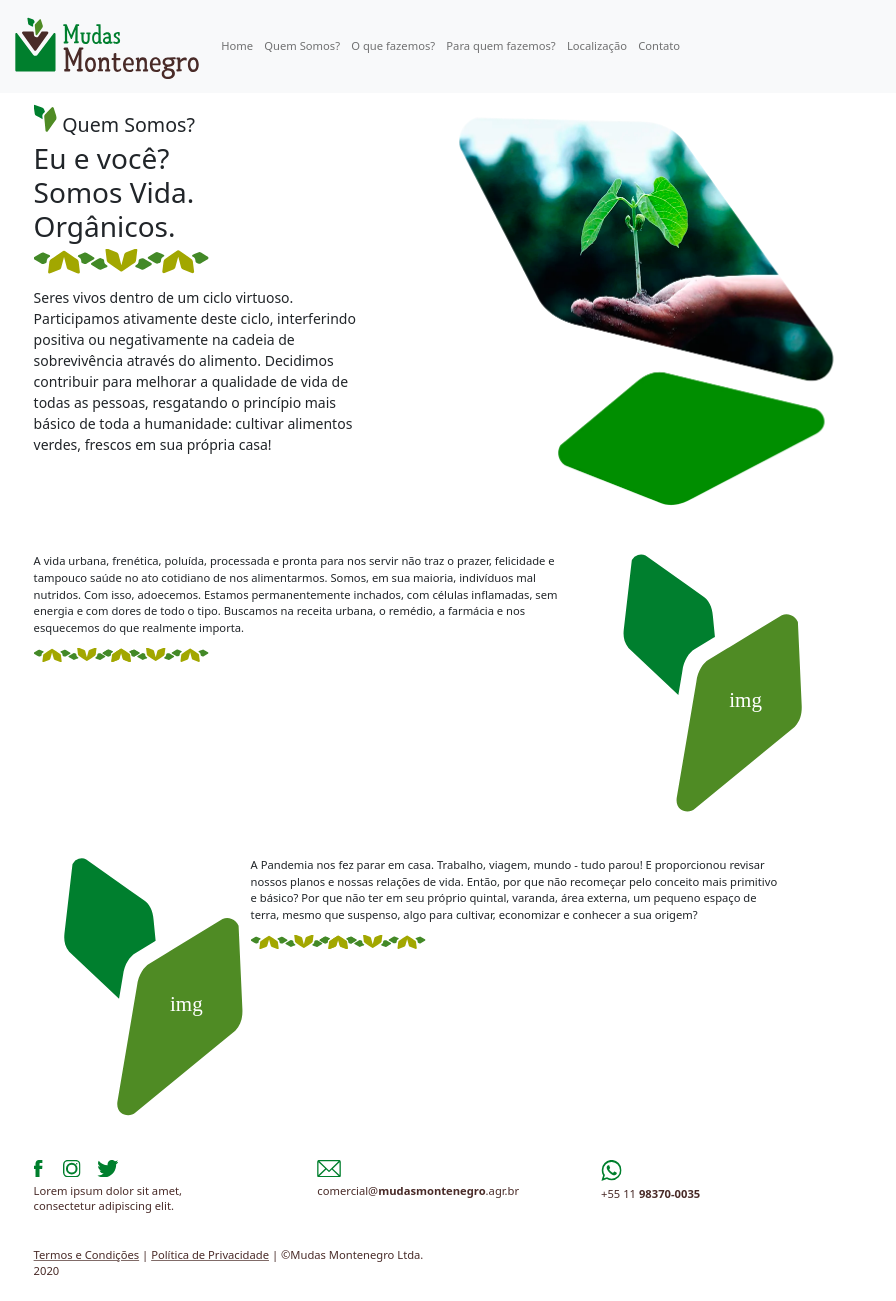
Repository: MaKnok/mudas-montenegro
Page: quem-somos.html
The author's editor kept a copy of each file at every save. The page is drawn from the files as they stood at one save, then again after the next save.
The browser window is 1280 px wide. The pictures show the whole page, at 70% of full size.
Some web libraries are served in a nearby version.

Above is the page before, as saved 2021-06-17 11:57:45.

### quem-somos.html
<!DOCTYPE html>
<html lang="pt-br">

<head>
    <meta charset="utf-8">
    <meta name="viewport" content="width=device-width, initial-scale=1">
    <link rel="icon" type="image/png" href="img/icons/favicon.png"/>
    <title>Mudas Montenegro</title>
    <link href="https://cdn.jsdelivr.net/npm/bootstrap@5.0.1/dist/css/bootstrap.min.css" rel="stylesheet" integrity="sha384-+0n0xVW2eSR5OomGNYDnhzAbDsOXxcvSN1TPprVMTNDbiYZCxYbOOl7+AMvyTG2x" crossorigin="anonymous">
    <script src="https://use.fontawesome.com/releases/v5.0.8/js/all.js"></script>
    <link href="style.css" rel="stylesheet">
</head>

<body>

<!-- Navigation -->
<nav class="navbar navbar-expand-md navbar-light bg-light sticky-top">

  <div class="container-fluid">

    <a class="navbar-brand logo" href="index.html"><img src="img/logo_mudas_mont.svg" alt="Mudas Montenegro"></a>

    <button class="navbar-toggler" type="button" data-toggle="collapse" data-target="#navbarResponsive">
        <span class="navbar-toggler-icon"></span>
    </button>

    <div class="collapse navbar-collapse" id="navbarResponsive">
       <ul class="navbar-nav ml-auto">
            <li class="nav-item active">
              <a class="nav-link" href="index.html">Home</a>
          </li>
            <li class="nav-item">
              <a class="nav-link" href="quem-somos.html">Quem Somos?</a>
            </li>
            <li class="nav-item">
              <a class="nav-link" href="o-que-fazemos.html">O que fazemos?</a>
            </li>
            <li class="nav-item">
              <a class="nav-link" href="para-quem-fazemos.html">Para quem fazemos?</a>
            </li>
            <li class="nav-item">
              <a class="nav-link" href="localizacao.html">Localização</a>
            </li>
            <li class="nav-item">
              <a class="nav-link" href="contato.html">Contato</a>
            </li>
        </ul>
    </div>

  </div>

</nav>

<!--- Intro -->

<div class="wrapper">

  <div class="container-fluid">

    <div class="row jumbotron section-top">

      <div class="col-xs-12 col-sm-12 col-md-4 col-lg-4 col-xl-5 content-top">

        <h3 class="page-title">Quem Somos?</h3>

        <h1 class="page-slogan">
          Eu e você?<br/>
          Somos Vida.<br/>
          Orgânicos.
        </h1>

        <img src="img/leaves_sections.svg" class="leaves-home">

        <p class="lead">
          Seres vivos dentro de um ciclo virtuoso. Participamos ativamente deste ciclo, interferindo positiva ou negativamente na cadeia de sobrevivência através do alimento. Decidimos contribuir para melhorar a qualidade de vida de todas
          as pessoas, resgatando o princípio mais básico de toda a humanidade: cultivar alimentos verdes, frescos em sua própria casa!
        </p>

      </div>

      <div class="col-xs-12 col-sm-12 col-md-8 col-lg-8 col-xl-7 image-top">

                <source srcset="img/leaves_desktop_img.webp 2x,img/leaves_desktop_img.webp"
                media="(min-width: 992px)"/>

                <img src="img/leaves_desktop_img.webp" class="img-fluid" alt="Muda">

      </div>

    </div>

  </div>


  <div class="container-fluid padding">

  <div class="row content">

    <div class="col-xs-12 col-sm-12 col-md-7 col-lg-7 col-xl-8">
      <p>
      A vida urbana, frenética, poluída, processada e pronta para nos servir não traz o prazer, felicidade e tampouco saúde no ato cotidiano de nos alimentarmos. Somos, em sua maioria, indivíduos mal nutridos.  Com isso, adoecemos. Estamos permanentemente inchados, com células inflamadas, sem energia e com dores de todo o tipo.
      Buscamos na receita urbana, o remédio, a farmácia e nos esquecemos do que realmente importa.
      </p>
      <img src="img/leaves_section_longer.svg" class="leaves-home">
    </div>

    <div class="col-xs-12 col-sm-12 col-md-4 col-lg-4 col-xl-3">
      <img src="img/img_temp.svg" class="float-left" alt="Vida urbana">
    </div>

  </div>




  <div class="container-fluid padding">

  <div class="row content pandemia">

    <div class="col-xs-12 col-sm-12 col-md-4 col-lg-4 col-xl-3 content-1">
        <img src="img/img_temp.svg" class="float-right" alt="Relações de Vida">
    </div>

    <div class="col-xs-12 col-sm-12 col-md-7 col-lg-7 col-xl-8 content-2">
        <p>
        A Pandemia nos fez parar em casa. Trabalho, viagem, mundo - tudo parou!
        E proporcionou revisar nossos planos e nossas relações de vida. Então, por que não recomeçar pelo conceito mais primitivo e básico? Por que não ter em seu próprio quintal, varanda, área externa, um pequeno espaço de terra, mesmo que suspenso, algo para cultivar, economizar e conhecer a sua origem?
        </p>
        <img src="img/leaves_section_longer.svg" class="leaves-home">
    </div>

  </div>

  </div>

</div>




<!--- Footer -->
<footer>

  <div class="container-fluid padding">

    <div class="row text-left">

      <div class="col-md-4">

        <ul class="social-icons">
            <li class="social-icon social-icon_first"><a href="#"><img src="img/icons/facebook.svg"></a></li>
            <li class="social-icon social-icon_second"><a href="#"><img src="img/icons/instagram.svg"></a></li>
            <li class="social-icon social-icon_third"><a href="#"><img src="img/icons/twitter.svg"></a></li>
        </ul>
        <p>Lorem ipsum dolor sit amet, <br/>consectetur adipiscing elit.</p>

      </div>

      <div class="col-md-4">

        <img src="img/icons/mail.svg" class="contact-icon">
        <p>comercial@<span class="phrase-bold">mudasmontenegro</span>.agr.br</p>

      </div>

      <div class="col-md-4">

        <img src="img/icons/whatsapp.svg" class="contact-icon contact-icon-zap">
        <p>+55 11 <span class="phrase-bold">98370-0035</span></p>

      </div>

    </div>

    <div class="row text-left">
        <div class="col-md-6">
          <p class="terms-conditions"><a href="#">Termos e Condições</a> | <a href="#">Política de Privacidade</a> | ©Mudas Montenegro Ltda. 2020 </p>
        </div>
    </div>

  </div>

</footer>

</div>

<script src="https://cdn.jsdelivr.net/npm/bootstrap@5.0.1/dist/js/bootstrap.bundle.min.js" integrity="sha384-gtEjrD/SeCtmISkJkNUaaKMoLD0//ElJ19smozuHV6z3Iehds+3Ulb9Bn9Plx0x4" crossorigin="anonymous"></script>

</body>
</html>

### style.css
@import url("https://fonts.googleapis.com/css2?family=Fira+Sans:ital,wght@0,200;0,300;0,400;0,500;0,600;0,700;1,200;1,300;1,400;1,500;1,600;1,700&display=swap");

/*---Media Queries --*/

html {
  -webkit-box-sizing: border-box;
  -moz-box-sizing: border-box;
  box-sizing: border-box;
}

*,
*:before,
*:after {
  -webkit-box-sizing: border-box;
  -moz-box-sizing: border-box;
  box-sizing: inherit;
}

@media (min-width: 992px) {
  .leaves-home {
    width: 250px;
    margin-bottom: 20px;
  }

  .logo {
    width: 280px;
  }

  .phrase-home {
    font-size: 35px;
    line-height: 45px;
  }

  .carousel-caption {
    width: 550px;
    z-index: 10;
    color: #fff;
    text-align: left;
    top: 40%;
    left: 10%;
    bottom: auto;
    -webkit-transform: translate(0, -50%);
    -ms-transform: translate(0, -50%);
    transform: translate(0, -50%);
  }
}

@media (max-width: 991.98px) {
  .leaves-home {
    width: 190px;
    margin-bottom: 15px;
  }

  .logo {
    width: 220px;
  }

  .phrase-home {
    font-size: 30px;
    line-height: 40px;
  }

  .carousel-caption {
    width: 400px;
    z-index: 10;
    color: #fff;
    text-align: left;
    top: 35%;
    left: 10%;
    bottom: auto;
    -webkit-transform: translate(0, -50%);
    -ms-transform: translate(0, -50%);
    transform: translate(0, -50%);
  }
}

@media (max-width: 767.98px) {
  .carousel-caption {
    width: 400px;
    z-index: 10;
    color: #fff;
    text-align: left;
    top: 35%;
    left: 10%;
    bottom: auto;
    -webkit-transform: translate(0, -50%);
    -ms-transform: translate(0, -50%);
    transform: translate(0, -50%);
  }

  .leaves-home {
    width: 190px;
    margin-bottom: 20px;
  }

  .logo {
    width: 220px;
  }

  .pandemia {
    display: flex;
  }

  .pandemia > .content-2 {
    order: -1;
  }

  .phrase-home {
    font-size: 25px;
    line-height: 35px;
  }

  .section-top {
    display: flex;
  }

  .section-top > .image-top {
    order: -1;
  }
}

@media (max-width: 575.98px) {
  .carousel-caption {
    width: 200px;
    z-index: 10;
    color: #fff;
    text-align: left;
    top: 50%;
    left: 8%;
    bottom: auto;
    -webkit-transform: translate(0, -50%);
    -ms-transform: translate(0, -50%);
    transform: translate(0, -50%);
  }

  .leaves-home {
    width: 130px;
    margin-bottom: 10px;
  }

  .logo {
    width: 180px;
  }

  .phrase-home {
    font-size: 16px;
    line-height: 24px;
  }
}

/*---Firefox Bug Fix --*/
.carousel-item {
  transition: -webkit-transform 0.5s ease;
  transition: transform 0.5s ease;
  transition: transform 0.5s ease, -webkit-transform 0.5s ease;
  -webkit-backface-visibility: visible;
  backface-visibility: visible;
  background-color: #000;
}

/*--- Fixed Background Image --*/
figure {
  position: relative;
  width: 100%;
  height: 60%;
  margin: 0 !important;
}

footer {
  background-color: #fff;
  color: #492b28;
  line-height: 22px;
}

ul,
ol,
li {
  list-style: none;
}

ul {
  padding-inline-start: 0;
  margin-bottom: 0.5rem;
}

.fixed-wrap {
  clip: rect(0, auto, auto, 0);
  position: absolute;
  top: 0;
  left: 0;
  width: 100%;
  height: 100%;
}

#fixed {
  background-image: url("img/mac.png");
  position: fixed;
  display: block;
  top: 0;
  left: 0;
  width: 100%;
  height: 100%;
  background-size: cover;
  background-position: center center;
  -webkit-transform: translateZ(0);
  transform: translateZ(0);
  will-change: transform;
}
/*--- Bootstrap Padding Fix --*/
[class*="col-"] {
  padding: 1rem;
}

.carousel-caption {
  text-align: left;
}

.contact-icon {
  margin-bottom: 0.5rem;
}

.page-title {
  font-weight: ;
}

.page-title::before {
  content: "";
  display: inline-block;
  background-image: url(img/icons/leaves.svg);
  background-size: 33px 40px;
  width: 33px;
  height: 40px;
  margin-right: 8px;
}

.phrase-home {
  font-family: "Fira Sans", sans-serif;
}

.phrase-bold {
  font-weight: 600;
}

.picture-home {
  opacity: 0.7;
}

.section-top {
  background-color: #fff;
}

.social-icons {
  text-align: left;
}

.social-icon:not(:first-child) {
  margin-left: 20px;
}

.social-icon:first-child {
  margin-right: 5px;
}

.social-icon {
  display: inline-block;
}

.social-icon > a > img,
.contact-icon {
  height: 25px;
}

.contact-icon-zap {
  height: 30px;
}

.terms-conditions a {
  color: #492b28;
}

.wrapper {
  padding: 0 2em;
}

/*
Extra small (xs) devices (portrait phones, less than 576px)
No media query since this is the default in Bootstrap

Small (sm) devices (landscape phones, 576px and up)
@media (min-width: 576px) { ... }

Medium (md) devices (tablets, 768px and up)
@media (min-width: 768px) { ... }

Large (lg) devices (desktops, 992px and up)
@media (min-width: 992px) { ... }

Extra (xl) large devices (large desktops, 1200px and up)
@media (min-width: 1200px) { ... }
*/

After the next save:
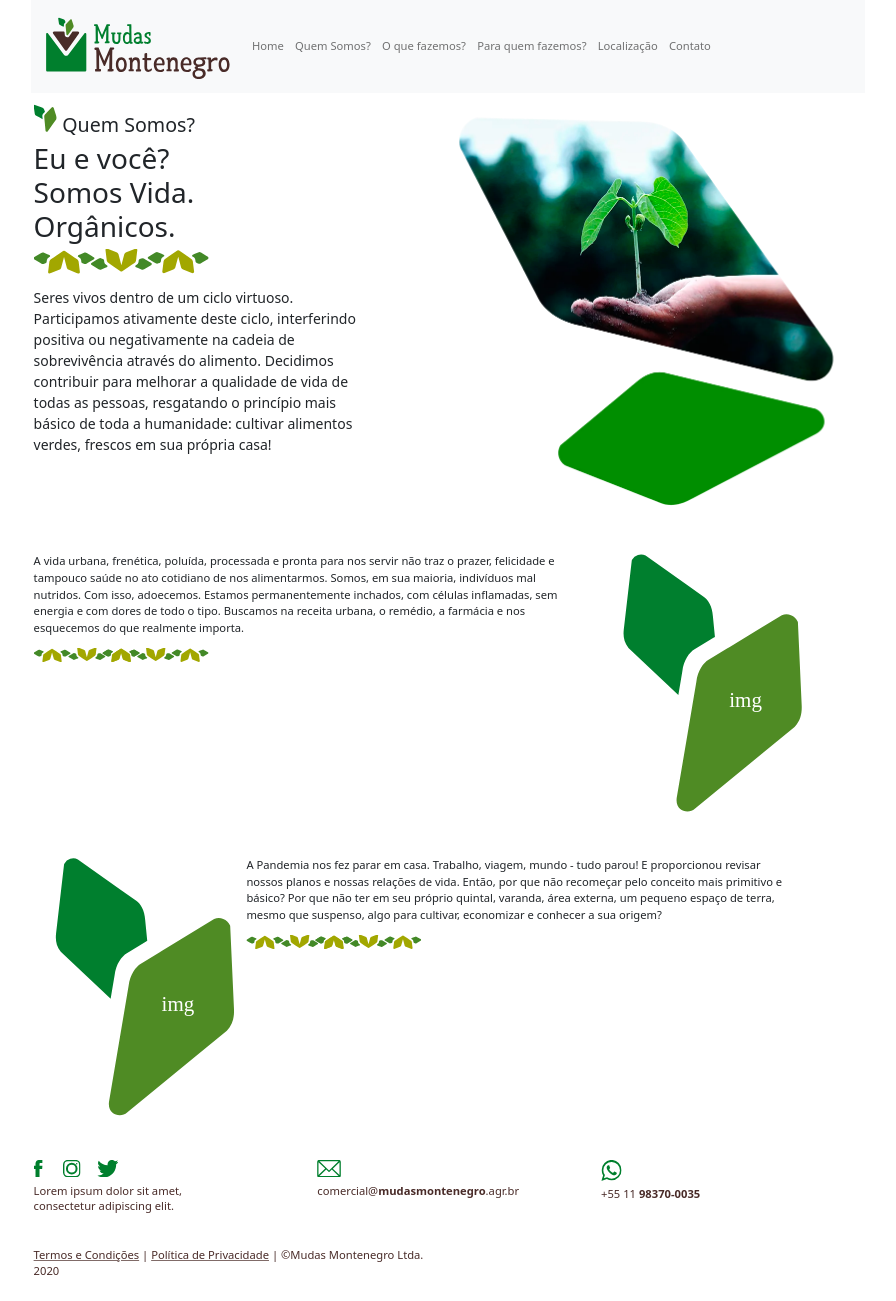
Saved 7 min 8 s later.
--- a/quem-somos.html
+++ b/quem-somos.html
@@ -13,18 +13,25 @@
 
 <body>
 
-<!-- Navigation -->
-<nav class="navbar navbar-expand-md navbar-light bg-light sticky-top">
+
+<!--- Intro -->
+
+<div class="wrapper">
 
   <div class="container-fluid">
 
-    <a class="navbar-brand logo" href="index.html"><img src="img/logo_mudas_mont.svg" alt="Mudas Montenegro"></a>
+    <!-- Navigation -->
+    <nav class="navbar navbar-expand-md navbar-light bg-light sticky-top">
 
-    <button class="navbar-toggler" type="button" data-toggle="collapse" data-target="#navbarResponsive">
-        <span class="navbar-toggler-icon"></span>
-    </button>
+    <div class="container-fluid">
 
-    <div class="collapse navbar-collapse" id="navbarResponsive">
+      <a class="navbar-brand logo" href="index.html"><img src="img/logo_mudas_mont.svg" alt="Mudas Montenegro"></a>
+
+      <button class="navbar-toggler" type="button" data-toggle="collapse" data-target="#navbarResponsive">
+          <span class="navbar-toggler-icon"></span>
+      </button>
+
+      <div class="collapse navbar-collapse" id="navbarResponsive">
        <ul class="navbar-nav ml-auto">
             <li class="nav-item active">
               <a class="nav-link" href="index.html">Home</a>
@@ -45,17 +52,11 @@
               <a class="nav-link" href="contato.html">Contato</a>
             </li>
         </ul>
+      </div>
+
     </div>
 
-  </div>
-
-</nav>
-
-<!--- Intro -->
-
-<div class="wrapper">
-
-  <div class="container-fluid">
+    </nav>
 
     <div class="row jumbotron section-top">
 
@@ -89,53 +90,40 @@
 
     </div>
 
-  </div>
+    <div class="row content">
+
+      <div class="col-xs-12 col-sm-12 col-md-7 col-lg-7 col-xl-8">
+        <p>
+        A vida urbana, frenética, poluída, processada e pronta para nos servir não traz o prazer, felicidade e tampouco saúde no ato cotidiano de nos alimentarmos. Somos, em sua maioria, indivíduos mal nutridos.  Com isso, adoecemos. Estamos permanentemente inchados, com células inflamadas, sem energia e com dores de todo o tipo.
+        Buscamos na receita urbana, o remédio, a farmácia e nos esquecemos do que realmente importa.
+        </p>
+        <img src="img/leaves_section_longer.svg" class="leaves-home">
+      </div>
+
+      <div class="col-xs-12 col-sm-12 col-md-4 col-lg-4 col-xl-3">
+        <img src="img/img_temp.svg" class="float-left" alt="Vida urbana">
+      </div>
+
+    </div>
+
+    <div class="row content pandemia">
+
+      <div class="col-xs-12 col-sm-12 col-md-4 col-lg-4 col-xl-3 content-1">
+          <img src="img/img_temp.svg" class="float-right" alt="Relações de Vida">
+      </div>
+
+      <div class="col-xs-12 col-sm-12 col-md-7 col-lg-7 col-xl-8 content-2">
+          <p>
+          A Pandemia nos fez parar em casa. Trabalho, viagem, mundo - tudo parou!
+          E proporcionou revisar nossos planos e nossas relações de vida. Então, por que não recomeçar pelo conceito mais primitivo e básico? Por que não ter em seu próprio quintal, varanda, área externa, um pequeno espaço de terra, mesmo que suspenso, algo para cultivar, economizar e conhecer a sua origem?
+          </p>
+          <img src="img/leaves_section_longer.svg" class="leaves-home">
+      </div>
+
+    </div>
 
 
-  <div class="container-fluid padding">
-
-  <div class="row content">
-
-    <div class="col-xs-12 col-sm-12 col-md-7 col-lg-7 col-xl-8">
-      <p>
-      A vida urbana, frenética, poluída, processada e pronta para nos servir não traz o prazer, felicidade e tampouco saúde no ato cotidiano de nos alimentarmos. Somos, em sua maioria, indivíduos mal nutridos.  Com isso, adoecemos. Estamos permanentemente inchados, com células inflamadas, sem energia e com dores de todo o tipo.
-      Buscamos na receita urbana, o remédio, a farmácia e nos esquecemos do que realmente importa.
-      </p>
-      <img src="img/leaves_section_longer.svg" class="leaves-home">
-    </div>
-
-    <div class="col-xs-12 col-sm-12 col-md-4 col-lg-4 col-xl-3">
-      <img src="img/img_temp.svg" class="float-left" alt="Vida urbana">
-    </div>
-
   </div>
-
-
-
-
-  <div class="container-fluid padding">
-
-  <div class="row content pandemia">
-
-    <div class="col-xs-12 col-sm-12 col-md-4 col-lg-4 col-xl-3 content-1">
-        <img src="img/img_temp.svg" class="float-right" alt="Relações de Vida">
-    </div>
-
-    <div class="col-xs-12 col-sm-12 col-md-7 col-lg-7 col-xl-8 content-2">
-        <p>
-        A Pandemia nos fez parar em casa. Trabalho, viagem, mundo - tudo parou!
-        E proporcionou revisar nossos planos e nossas relações de vida. Então, por que não recomeçar pelo conceito mais primitivo e básico? Por que não ter em seu próprio quintal, varanda, área externa, um pequeno espaço de terra, mesmo que suspenso, algo para cultivar, economizar e conhecer a sua origem?
-        </p>
-        <img src="img/leaves_section_longer.svg" class="leaves-home">
-    </div>
-
-  </div>
-
-  </div>
-
-</div>
-
-
 
 
 <!--- Footer -->
